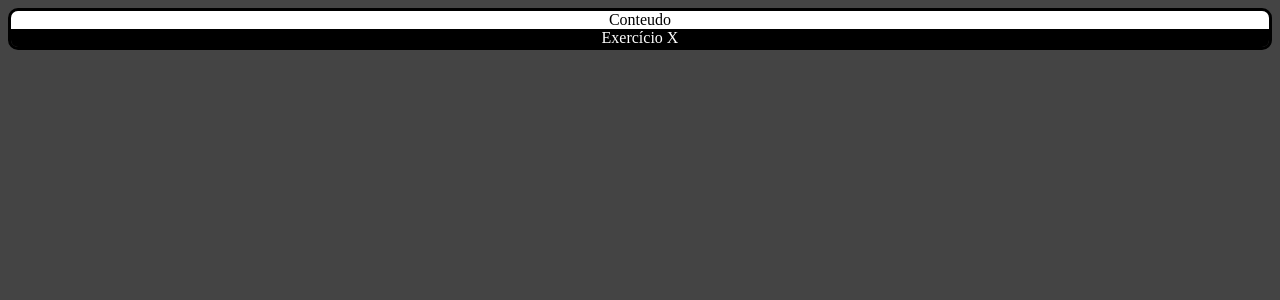
Repository: ClaytonEduard/fundamentos-react
Page: /
These files come from the project's save history. The page is drawn as it stood at one moment and after the next save; the edit follows.
The browser window is 1280 px wide. The pictures show the whole page.
The project was rebuilt for these pictures with package versions that can differ from the ones it lists, and the page was loaded fresh each time. Also part of the build but not shown: src/components/Primeiro.jsx, src/components/ComParametro.jsx, src/components/ComFilhos.jsx.

Above is the page before, as saved 2022-06-18 10:30:04.

After the next save:
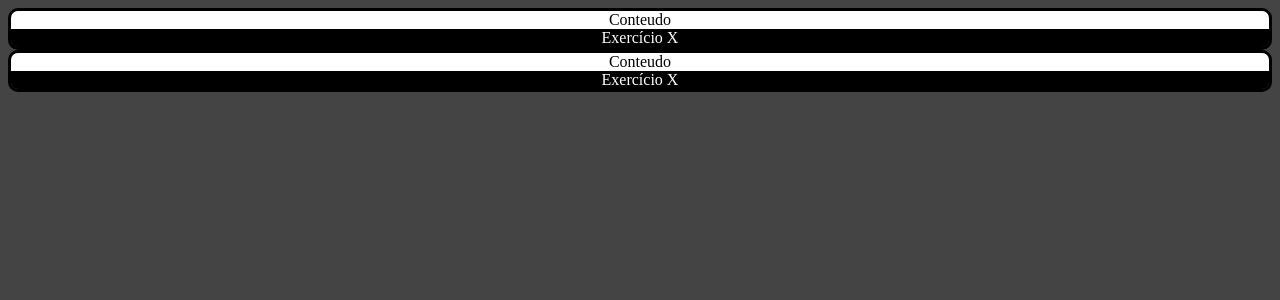
Saved 28 s later.
--- a/src/index.js
+++ b/src/index.js
@@ -11,6 +11,9 @@ import Card from './components/layout/Card';
 // iniciando a rederização
 ReactDOM.render(
     <div>
+        <Card titulo='Exercício X'>
+            Conteudo
+        </Card>
         <Card titulo='Exercício X'>
             Conteudo
         </Card>
